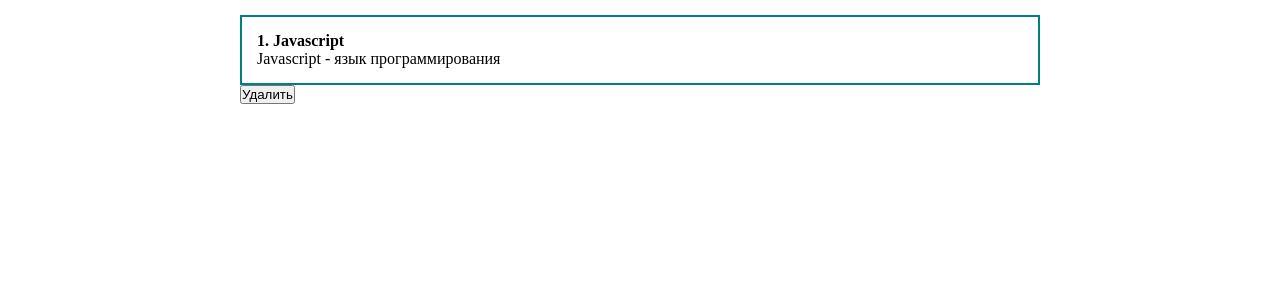
Repository: otvertka/ulb
Page: /
These files come from the project's save history. The page is drawn as it stood at one moment and after the next save; the edit follows.
The browser window is 1280 px wide. The pictures show the whole page.
The project was rebuilt for these pictures with package versions that can differ from the ones it lists, and the page was loaded fresh each time. Also part of the build but not shown: src/components/Counter.jsx, src/components/ClassCounter.jsx.

Above is the page before, as saved 2023-06-10 11:43:59.

After the next save:
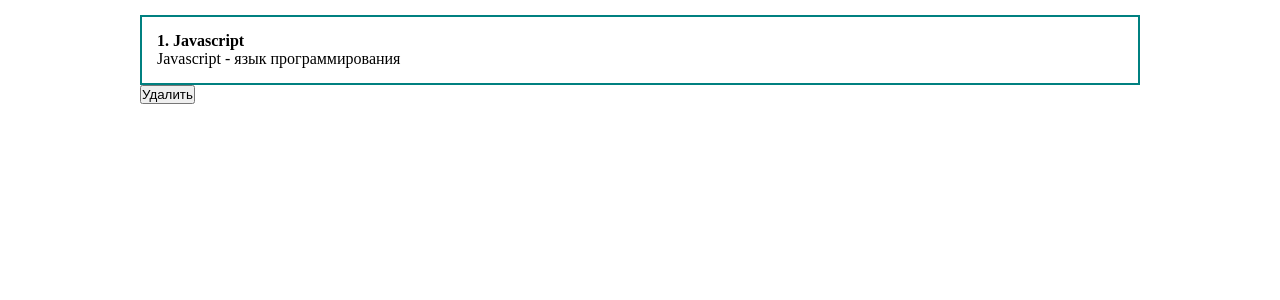
Saved 55 s later.
--- a/src/styles/App.css
+++ b/src/styles/App.css
@@ -11,7 +11,7 @@
 }
 
 .App {
-  width: 800px;
+  width: 1000px;
 }
 
 .post {
